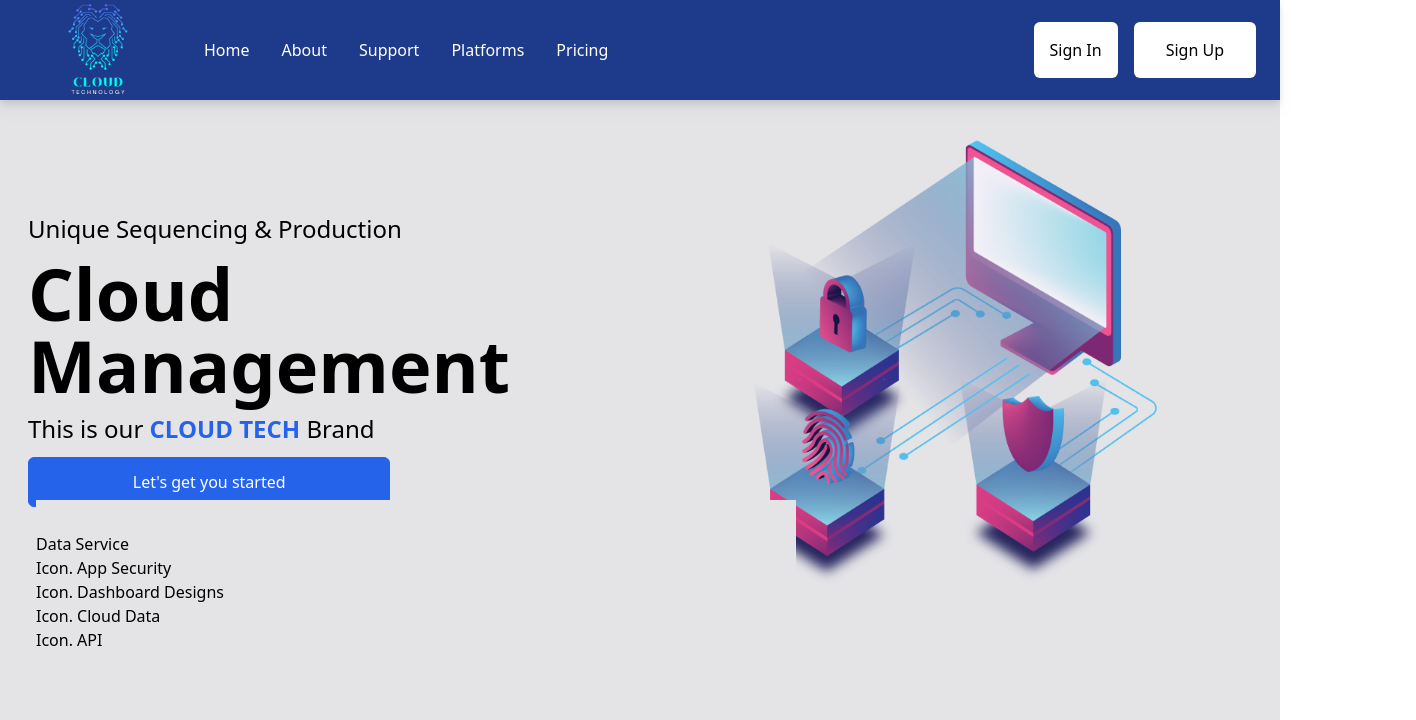
Repository: Esther-Kamau/cloud-management
Page: /
These files come from the project's save history. The page is drawn as it stood at one moment and after the next save; the edit follows.
The browser window is 1280 px wide. The page is 1280 px wide, then 1416 px, so the pictures cover 1416 px, including what lies to the right of the window. The pictures show the whole page.
The project was rebuilt for these pictures with package versions that can differ from the ones it lists, and the page was loaded fresh each time. A package was used in the major version that the imports need, not the one package.json lists.

Above is the page before, as saved 2023-03-16 17:55:21.

### public/index.html
<!DOCTYPE html>
<html lang="en">
  <head>
    <meta charset="utf-8" />
    <link rel="icon" href="%PUBLIC_URL%/Logo.png" />
    <meta name="viewport" content="width=device-width, initial-scale=1" />
    <meta name="theme-color" content="#000000" />
    <meta
      name="description"
      content="Web site created using create-react-app"
    />
    <link rel="apple-touch-icon" href="%PUBLIC_URL%/Logo.png" />
    <!--
      manifest.json provides metadata used when your web app is installed on a
      user's mobile device or desktop. See https://developers.google.com/web/fundamentals/web-app-manifest/
    -->
    <link rel="manifest" href="%PUBLIC_URL%/manifest.json" />
    <!--
      Notice the use of %PUBLIC_URL% in the tags above.
      It will be replaced with the URL of the `public` folder during the build.
      Only files inside the `public` folder can be referenced from the HTML.

      Unlike "/favicon.ico" or "favicon.ico", "%PUBLIC_URL%/favicon.ico" will
      work correctly both with client-side routing and a non-root public URL.
      Learn how to configure a non-root public URL by running `npm run build`.
    -->
    <title>Cloud Technology</title>
  </head>
  <body>
    <noscript>You need to enable JavaScript to run this app.</noscript>
    <div id="root"></div>
    <!--
      This HTML file is a template.
      If you open it directly in the browser, you will see an empty page.

      You can add webfonts, meta tags, or analytics to this file.
      The build step will place the bundled scripts into the <body> tag.

      To begin the development, run `npm start` or `yarn start`.
      To create a production bundle, use `npm run build` or `yarn build`.
    -->
  </body>
</html>

### src/index.css
@tailwind base;
@tailwind components;
@tailwind utilities;

@layer base{
    li{
      @apply p-4 text-white hover:text-slate-300
    }
    button {
        @apply p-4 text-white border bg-blue-600 border-blue-600
        hover:bg-transparent hover:text-black rounded-md
      }
}

### src/App.jsx
import Navbar from "./components/Navbar"
import Hero from "./components/Hero"

function App() {
  return (

    <>
  <Navbar/>
  <Hero/>
    </>
  );
}

export default App;

### src/components/Navbar.jsx
import React,{useState} from "react";
import { MenuIcon, XIcon } from "@heroicons/react/outline";
import Logo from "../assets/Logo.png";

const Navbar = () => {
    const [nav,setNav] = useState(false)
    const handleClick =() => setNav(!nav)


  return (
    <div className="w-screen h-[100px] z-10 bg-blue-900 fixed drop-shadow-lg">
      <div className="px-2 flex justify-between items-center w-full h-full">
        <div className="flex items-center">
          <img className="h-[180px] w-[180px]" src={Logo} alt="Logoimg" />
          <ul className="hidden md:flex">
            <li>Home</li>
            <li>About</li>
            <li>Support</li>
            <li>Platforms</li>
            <li>Pricing</li>
          </ul>
        </div>
        <div className="hidden md:flex pr-4">
          <button className="border-none bg-white text-black mr-4 hover:text-white hover:bg-blue-300">
            Sign In
          </button>
          <button className="border-none bg-white text-black px-8 py-3 hover:text-white hover:bg-blue-300">
            Sign Up
          </button>
        </div>
        {/* toggle state */}
        <div className="md:hidden" onClick={handleClick}>
            {/* if the opposite of nav is true display this else xicon */}
{!nav ? <MenuIcon className="w-8 stroke-white" /> : <XIcon className="w-8 stroke-white" />}

        </div>
      </div>
      {/* if nav is not true hide the menu if tru display the menu */}
      <ul className={!nav ? 'hidden': "absolute bg-blue-900 w-full px-8"}>
        <li className="border-b-2 border-blue-200 w-full">Home</li>
        <li className="border-b-2 border-blue-200 w-full">About</li>
        <li className="border-b-2 border-blue-200 w-full">Support</li>
        <li className="border-b-2 border-blue-200 w-full">Platforms</li>
        <li className="border-b-2 border-blue-200 w-full">Pricing</li>
      <div className="flex flex-col my-4">
        <button className="bg-transparent text-white px-8 py-3 mb-4 hover:bg-slate-200 hover:text-black">Sign In</button>
        <button className="px-8 py-3" >Sign Up</button>
      </div>
      </ul>
    </div>
  );
};

export default Navbar;

### src/components/Hero.jsx
import React from 'react'
import {
    CloudUploadIcon,
    DatabaseIcon,
    PaperAirplaneIcon,
    ServerIcon,
} from '@heroicons/react/solid'

import bgImg from '../assets/cyber-bg.png'

const Hero = () => {
  return (
    <div className='w-full h-screen bg-zinc-200 flex flex-col justify-between'>
        <div className='grid md:grid-cols-2 max-w-[1240px] m-auto'>
            <div className='flex flex-col justify-center md:items-start w-full px-2 py-3'>
                <p className='text-2xl'>Unique Sequencing & Production</p>
                <h1 className='py-3 text-5xl font-bold md:text-7xl'>Cloud Management</h1>
                <p className='text-2xl mb-3'>This is our <span className='text-blue-600 font-bold'>CLOUD TECH</span> Brand</p>
                <button className='py-3 px-6 sm:w-[60%]'>Let's get you started</button>
            </div>
            <div className='flex flex-col justify-center items-center w-full'>
                <img src={bgImg} alt='bg' className='w-full h-full'/>
                </div>
                <div className='absolute flex flex-col py-8 md:min-w-[760px] bottom-[5%] mx-4 md:lef-1/2 bg-zinc-200
                 '>
                    <p>Data Service</p>
                    <div>
                        <p>Icon. App Security</p>
                        <p>Icon. Dashboard Designs</p>
                        <p>Icon. Cloud Data</p>
                        <p>Icon. API</p>
                    </div>
                </div>
        </div>
    </div>
  )
}

export default Hero

Loaded but not shown: src/index.js (common file); tailwind.config.js (common file)

After the next save:
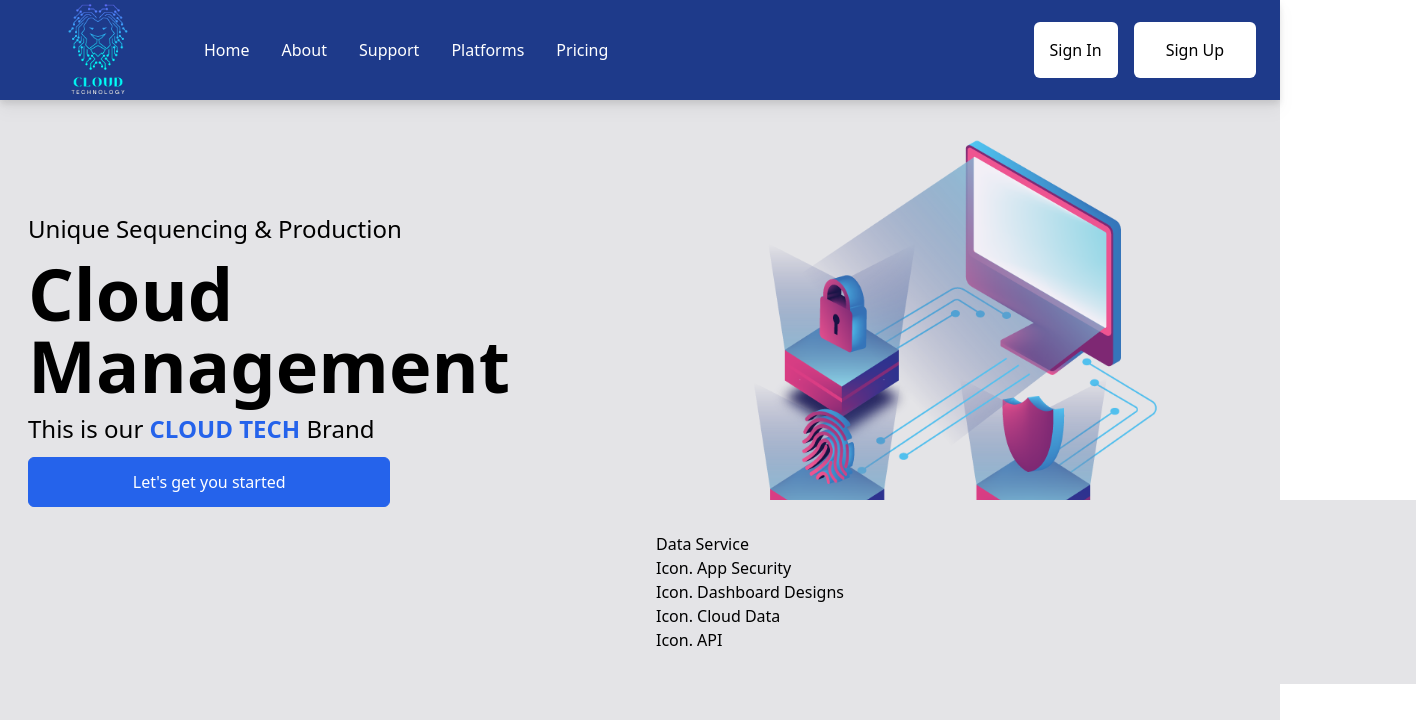
Saved 6 s later.
--- a/src/components/Hero.jsx
+++ b/src/components/Hero.jsx
@@ -21,7 +21,7 @@ const Hero = () => {
             <div className='flex flex-col justify-center items-center w-full'>
                 <img src={bgImg} alt='bg' className='w-full h-full'/>
                 </div>
-                <div className='absolute flex flex-col py-8 md:min-w-[760px] bottom-[5%] mx-4 md:lef-1/2 bg-zinc-200
+                <div className='absolute flex flex-col py-8 md:min-w-[760px] bottom-[5%] mx-4 md:left-1/2 bg-zinc-200
                  '>
                     <p>Data Service</p>
                     <div>
